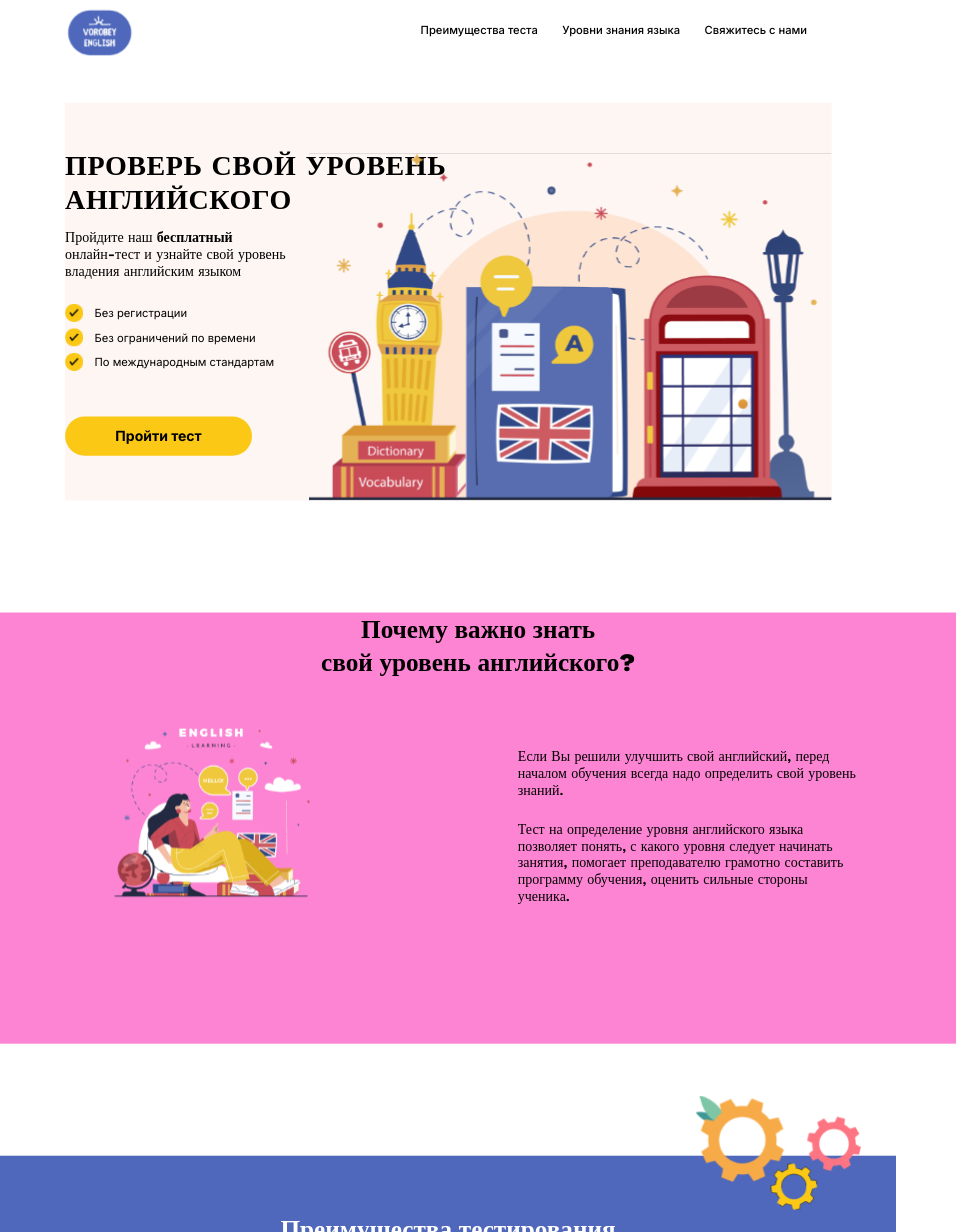
Repository: WladimirVA/PP-01-01_Dandelions
Page: Index.html
The author's editor kept a copy of each file at every save. The page is drawn from the files as they stood at one save, then again after the next save.
The browser window is 1280 px wide. The page is 1366 px wide, then 1280 px, then 1366 px, so the pictures cover 1366 px, including what lies to the right of the window. The pictures show the part of the page from y = 0 to 1760 px (the page is 4144 px tall before and 3979 px after), at 70% of full size.

Above is the page before, as saved 2023-01-25 14:56:06.

After the next save:
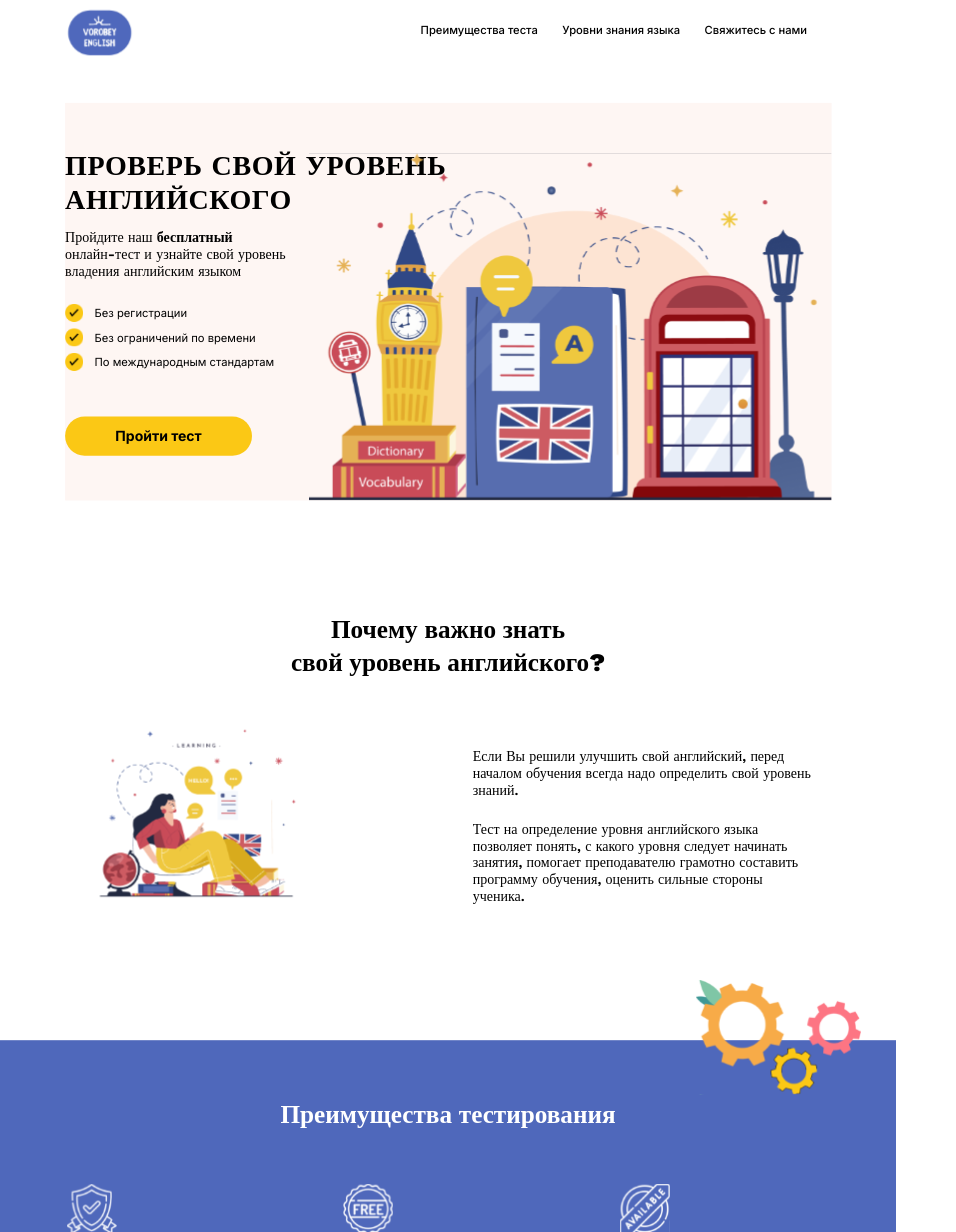
Saved 25 s later.
--- a/static/css/style.css
+++ b/static/css/style.css
@@ -135,7 +135,7 @@ body {
     text-align: center;
 }
 
-.WYI-TEST {
+.WHY-TEST {
     background-color: #FD84D3;
     Width: 1366px;
     Height: 616px;

After the save that followed:
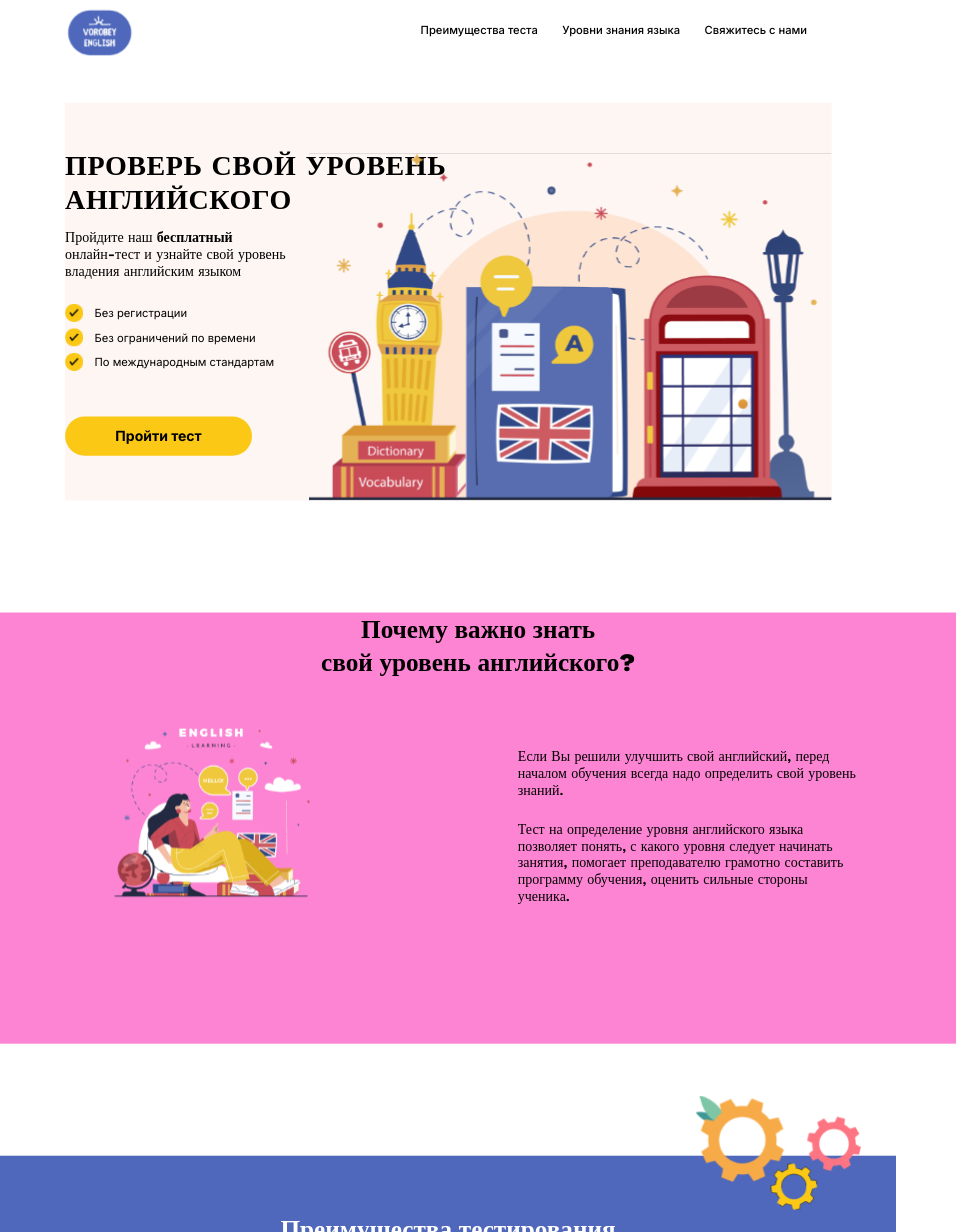
Saved 1 s later.
--- a/Index.html
+++ b/Index.html
@@ -60,7 +60,7 @@
 
         </div>
         </section>
-        <section class="WYI-TEST">
+        <section class="WHY-TEST">
             <div class="section-home-1">
                 <h1 class="title_2">Почему важно знать<br>свой уровень английского?</h1>
                 <div class="section-home-2">
